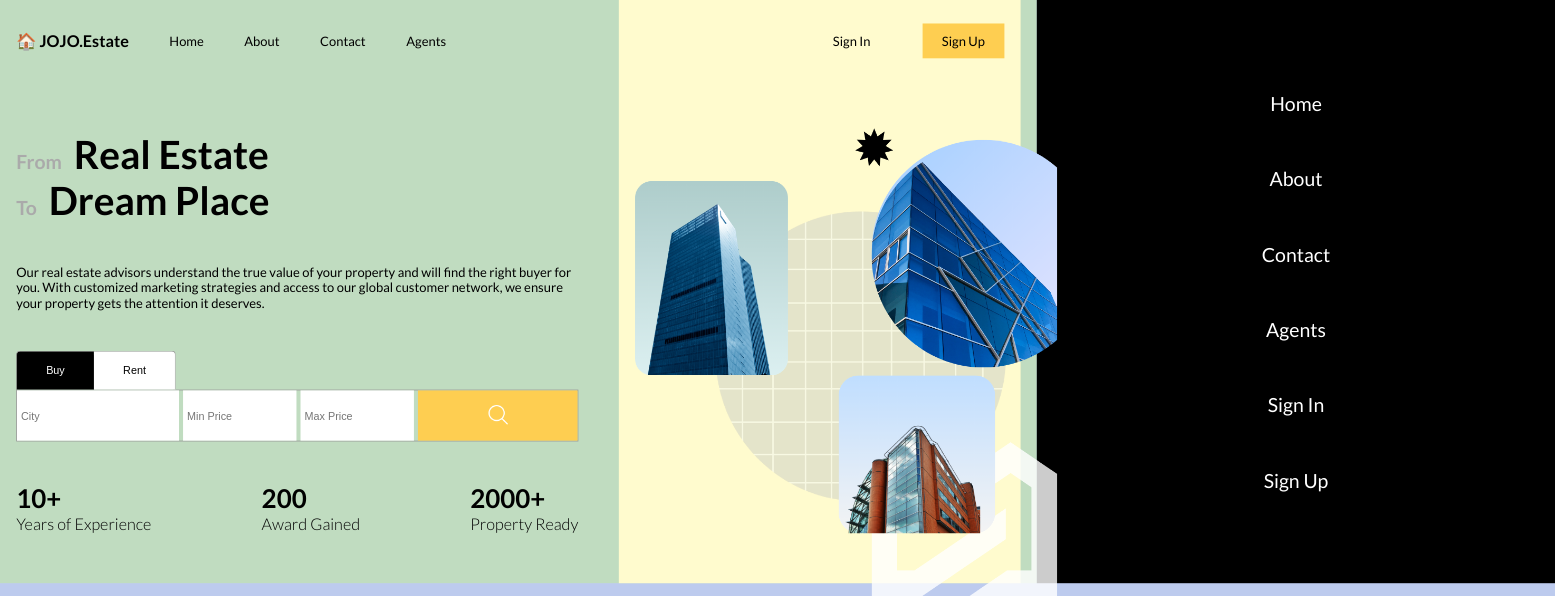
Repository: AiTrinh303/JOJO-estate
Page: /
An editor plug-in stored every save of this project. The page is shown before and after the next save, followed by the edit.
The browser window is 1280 px wide. The page is 1920 px wide, so the pictures cover 1920 px, including what lies to the right of the window. The pictures show the whole page, at 81% of full size.
The page's requests for data from a server got no answer. The project was rebuilt for these pictures with package versions that can differ from the ones it lists, and the page was loaded fresh each time. No one was signed in, and anything a server would have sent is missing. Also part of the build but not shown: vite.config.js, src/routes/listPage/listPage.scss, src/components/filter/filter.scss, src/components/filter/Filter.jsx, src/components/card/card.scss, src/components/card/Card.jsx, src/components/map/map.scss, src/components/pin/pin.scss and 21 more. Imported but missing from the stored project, and not drawn on this page: src/components/uploadWidget/UploadWidget.

Above is the page before, as saved 2024-08-06 21:43:48.

### index.html
<!DOCTYPE html>
<html lang="en">
  <head>
    <meta charset="UTF-8" />
    <link rel="icon" type="image/svg+xml" href="/logo.png" />
    <meta name="viewport" content="width=device-width, initial-scale=1.0" />
    <title>🏠JOJO Estate App</title>
    <meta name="description" content="Buy, Sell and Rent Properties" />
    <link
      href="https://fonts.googleapis.com/css2?family=Lato:ital,wght@0,100;0,300;0,400;0,700;0,900;1,100;1,300;1,400;1,700;1,900&display=swap"
      rel="stylesheet"
    />
  </head>
  <body>
    <div id="root"></div>
    <script type="module" src="/src/main.jsx"></script>
  </body>
</html>

### src/App.jsx
import HomePage from "./routes/homePage/homePage";
import { createBrowserRouter, RouterProvider } from "react-router-dom";
import ListPage from "./routes/listPage/listPage";
import { Layout, RequireAuth } from "./routes/layout/layout";
import SinglePage from "./routes/singlePage/singlePage";
import ProfilePage from "./routes/profilePage/profilePage";
import Login from "./routes/login/login";
import Register from "./routes/register/register";
import ProfileUpdatePage from "./routes/profileUpdatePage/profileUpdatePage";
import NewPostPage from "./routes/newPostPage/newPostPage";
import { listPageLoader, profilePageLoader, singlePageLoader } from "./lib/loaders";

function App() {
  const router = createBrowserRouter([
    {
      path: "/",
      element: <Layout />,
      children: [
        {
          path: "/",
          element: <HomePage />,
        },
        {
          path: "/list",
          element: <ListPage />,
          loader: listPageLoader,
        },
        {
          path: "/:id",
          element: <SinglePage />,
          loader: singlePageLoader,
        },
        {
          path: "/login",
          element: <Login />,
        },
        {
          path: "/register",
          element: <Register />,
        },
      ],
    },
    {
      path: "/",
      element: <RequireAuth />,
      children: [
        {
          path: "/profile",
          element: <ProfilePage />,
          loader: profilePageLoader
        },
        {
          path: "/profile/update",
          element: <ProfileUpdatePage />,
        },
        {
          path: "/add",
          element: <NewPostPage />,
        },
      ],
    },
  ]);

  return <RouterProvider router={router} />;
}

export default App;

### src/index.scss
*{
  padding: 0;
  margin: 0;
  box-sizing: border-box;
}

a {
  text-decoration: none;
  color: inherit;
}

body{
  font-family: "Lato", sans-serif;
  overflow: hidden;
  background-color: #bdcbee;

}

### src/routes/homePage/homePage.jsx
import { useContext } from "react";
import SearchBar from "../../components/searchBar/SearchBar";
import "./homePage.scss";
import { AuthContext } from "../../context/AuthContext";

function HomePage() {

  const {currentUser} = useContext(AuthContext)

  return (
    <div className="homePage">
      <div className="textContainer">
        <div className="wrapper">
          <h1 className="title">
            <span className="small-text">From </span>
            <span className="animated-text">Real Estate</span>
            <br />
            <span className="small-text">To </span>
            <span className="animated-text">Dream Place</span>
          </h1>
          <p>
          Our real estate advisors understand the true value of your property and will find the right buyer for you. With customized marketing strategies and access to our global customer network, we ensure your property gets the attention it deserves.
          </p>
          <SearchBar />
          <div className="boxes">
            <div className="box">
              <h1>10+</h1>
              <h2>Years of Experience</h2>
            </div>
            <div className="box">
              <h1>200</h1>
              <h2>Award Gained</h2>
            </div>
            <div className="box">
              <h1>2000+</h1>
              <h2>Property Ready</h2>
            </div>
          </div>
        </div>
      </div>
      <div className="imgContainer">
        <img src="/bg.png" alt="" />
      </div>

    </div>
  );
}

export default HomePage;

### src/routes/layout/layout.jsx
import "./layout.scss";
import Navbar from "../../components/navbar/Navbar";
import { Navigate, Outlet } from "react-router-dom";
import { useContext } from "react";
import { AuthContext } from "../../context/AuthContext";

function Layout() {
  return (
    <div className="layout">
      <div className="navbar">
        <Navbar />
      </div>
      <div className="content">
        <Outlet />
      </div>
    </div>
  );
}

function RequireAuth() {
  const { currentUser } = useContext(AuthContext);

  if (!currentUser) return <Navigate to="/login" />;
  else {
    return (
      <div className="layout">
        <div className="navbar">
          <Navbar />
        </div>
        <div className="content">
          <Outlet />
        </div>
      </div>
    );
  }
}

export { Layout, RequireAuth };

### src/components/searchBar/SearchBar.jsx
import { useState } from "react";
import "./searchBar.scss";
import { Link } from "react-router-dom";

const types = ["buy", "rent"];

function SearchBar() {
  const [query, setQuery] = useState({
    type: "buy",
    city: "",
    minPrice: 0,
    maxPrice: 0,
  });

  const switchType = (val) => {
    setQuery((prev) => ({ ...prev, type: val }));
  };

  const handleChange = (e) => {
    setQuery((prev) => ({ ...prev, [e.target.name]: e.target.value }));
  };

  return (
    <div className="searchBar">
      <div className="type">
        {types.map((type) => (
          <button
            key={type}
            onClick={() => switchType(type)}
            className={query.type === type ? "active" : ""}
          >
            {type}
          </button>
        ))}
      </div>
      <form>
        <input
          type="text"
          name="city"
          placeholder="City"
          onChange={handleChange}
        />
        <input
          type="number"
          name="minPrice"
          min={0}
          max={10000000}
          placeholder="Min Price"
          onChange={handleChange}
        />
        <input
          type="number"
          name="maxPrice"
          min={0}
          max={10000000}
          placeholder="Max Price"
          onChange={handleChange}
        />
        <Link
          to={`/list?type=${query.type}&city=${query.city}&minPrice=${query.minPrice}&maxPrice=${query.maxPrice}`}
        >
          <button>
            <img src="/search.png" alt="" />
          </button>
        </Link>
      </form>
    </div>
  );
}

export default SearchBar;

### src/routes/homePage/homePage.scss
@import "../../responsive.scss";

.homePage {
  display: flex;
  height: 100%;

  .textContainer {
    flex: 3;

    .wrapper {
      padding-right: 100px;
      display: flex;
      flex-direction: column;
      justify-content: center;
      gap: 50px;
      height: 100%;

      @include lg{
        padding-right: 50px;
      }

      @include md{
        padding: 0;
      }

      @include sm{
        justify-content: flex-start;
      }

      .title {
        font-size: 64px;
        .small-text {
          font-size: 0.5em;
          color: #aaa;
          margin-right: 10px;
        }
        .animated-text {
          display: inline-block;
          position: relative;
          animation: slide-in 2s ease-in-out;
        }
        @include lg {
          font-size: 48px;
        }
      }

      .boxes {
        display: flex;
        justify-content: space-between;

        @include sm {
          display: none;
        }

        h1 {
          font-size: 36px;


          @include lg {
            font-size: 32px;
          }
        }

        h2 {
          font-size: 20px;
          font-weight: 300;
        }
      }
    }
  }

  .imgContainer {
    flex: 2;
    background-color: #fffbce;
    position: relative;
    display: flex;
    align-items: center;


    @include md {
      display: none;
    }

    img {
      width: 115%;
      position: absolute;
      right: -45px;


      @include lg {
        width: 105%;
      }
    }
  }


}
@keyframes slide-in {
  0% {
    opacity: 0;
    transform: translateX(-100%);
  }
  100% {
    opacity: 1;
    transform: translateX(0);
  }
}

### src/routes/layout/layout.scss
@import "../../responsive.scss";

.layout {
  height: 100vh;
  max-width: 1366px;
  margin-left: auto;
  margin-right: auto;
  padding-left: 20px;
  padding-right: 20px;
  background: rgb(192, 220, 192);

  @include lg {
    max-width: 1280px;
  }

  @include md {
    max-width: 768px;
  }

  @include sm {
    max-width: 640px;
  }

  .content {
    // flex: 1;
    height: calc(100vh - 100px);
  }
}

### src/components/navbar/Navbar.jsx
import { useContext, useState } from "react";
import "./navbar.scss";
import { Link } from "react-router-dom";
import { AuthContext } from "../../context/AuthContext";
import { useNotificationStore } from "../../lib/notificationStore";

function Navbar() {
  const [open, setOpen] = useState(false);

  const { currentUser } = useContext(AuthContext);

  const fetch = useNotificationStore((state) => state.fetch);
  const number = useNotificationStore((state) => state.number);

  if(currentUser) fetch();

  return (
    <nav>
      <div className="left">
        <a href="/" className="logo">
          <span>🏠 JOJO.Estate</span>
        </a>
        <a href="/">Home</a>
        <a href="/">About</a>
        <a href="/">Contact</a>
        <a href="/">Agents</a>
      </div>

      <div className="right">
        <a href="/">Sign In</a>
        <a href="/" className="register">Sign Up</a>
        <div className="menuIcon">
          <img
            src="/menu.png"
            alt="menu"
            onClick={() => setOpen((prev) => !prev)}/>
        </div>
        <div className={open ? "menu active" : "menu"}>
          <a href="/">Home</a>
          <a href="/">About</a>
          <a href="/">Contact</a>
          <a href="/">Agents</a>
          <a href="/">Sign In</a>
          <a href="/">Sign Up</a>
        </div>
        {/* {currentUser ? (
          <div className="user">
            <img src={currentUser.avatar || "/noavatar.jpg"} alt="" />
            <span>{currentUser.username}</span>
            <Link to="/profile" className="profile">
              {number > 0 && <div className="notification">{number}</div>}
              <span>Profile</span>
            </Link>
          </div>
        ) : (
          <>
            <a href="/login">Sign in</a>
            <a href="/register" className="register">
              Sign up
            </a>
          </>
        )}
        <div className="menuIcon">
          <img
            src="/menu.png"
            alt=""
            onClick={() => setOpen((prev) => !prev)}
          />
        </div>
        <div className={open ? "menu active" : "menu"}>
          <a href="/">Home</a>
          <a href="/">About</a>
          <a href="/">Contact</a>
          <a href="/">Agents</a>
          <a href="/">Sign in</a>
          <a href="/">Sign up</a>
        </div> */}
      </div>
    </nav>
  );
}

export default Navbar;

### src/components/searchBar/searchBar.scss
@import "../../responsive.scss";

.searchBar {
  .type {


    button {
      padding: 16px 36px;
      border: 1px solid #999;
      border-bottom: none;
      cursor: pointer;
      background-color: white;
      text-transform: capitalize;

      &.active {
        background-color: black;
        color: white;
      };

      &:first-child {
        border-top-left-radius: 5px;
        border-right: none;
      };
      &:last-child {
        border-top-right-radius: 5px;
        border-left: none;
      };
    }
  }

  form {
    border: 1px solid #999;
    display: flex;
    justify-content: space-between;
    height: 64px;
    gap: 5px;

    @include sm {
      flex-direction: column;
      border: none;
    };

    input {
      border: none;
      padding: 0px 10px;
      width: 200px;

      @include lg {
        padding: 0px 5px;

        &:nth-child(2),
        &:nth-child(3) {
          width: 140px;
        }
      };
      @include md {
        width: 200px;
        &:nth-child(2),
        &:nth-child(3) {
          width: 200px;
        }
      };

      @include sm{
        width: auto;
        &:nth-child(2),
        &:nth-child(3) {
          width: auto;
        }
        padding: 20px;
        border: 1px solid #999;
      }
    };

    a{
      flex: 1;
      background-color: #fece51;
      display: flex;
      align-items: center;
      justify-content: center;

      button {
        border: none;
        cursor: pointer;
        background-color: #fece51;

        @include sm{
          padding: 10px;
        }

        img {
          width: 24px;
          height: 24px;
        }
      }
    }
  }
}

### src/responsive.scss
@mixin sm {
  @media (max-width: 738px) {
    @content;
  }
};

@mixin md {
  @media (max-width: 1024px) {
    @content;
  }
};

@mixin lg {
  @media (max-width: 1366px) {
    @content;
  }
};

### src/components/navbar/navbar.scss
@import "../../responsive.scss";

nav {
  height: 100px;
  display: flex;
  justify-content: space-between;
  align-items: center;

  a {
    transition: all 0.4s ease;

    @include sm {
      display: none;
    }

    &:hover {
      scale: 1.08;
    }
  }

  .left {
    flex: 3;
    display: flex;
    align-items: center;
    gap: 50px;

    .logo {
      font-weight: bold;
      font-size: 20px;
      display: flex;
      align-items: center;
      gap: 3px;

      span {
        @include md {
          display: none;
        }

        @include sm {
          display: initial;
        }
      }
    }
  }
  .right {
    flex: 2;
    display: flex;
    align-items: center;
    justify-content: flex-end;
    background-color: #fffbce;
    ;
    height: 100%;

    @include md {
      background-color: transparent;
    }

    a {
      padding: 12px 24px;
      margin: 20px;
    }

    .user{
      display: flex;
      align-items: center;
      font-weight: bold;

      img{
        width: 40px;
        height: 40px;
        border-radius: 50%;
        object-fit: cover;
        margin-right: 20px;
      }

      span{
        @include sm{
          display: none;
        }
      }

      .profile{
        padding: 12px 24px;
        background-color: #fece51;
        cursor: pointer;
        border: none;
        position: relative;

        .notification{
          position: absolute;
          top: -8px;
          right: -8px;
          background-color: red;
          color: white;
          border-radius: 50%;
          width: 26px;
          height: 26px;
          display: flex;
          align-items: center;
          justify-content: center;
        }

      }
    }

    .register {
      background-color: #fece51;
    }

    .menuIcon {
      display: none;
      z-index: 999;

      img {
        width: 36px;
        height: 36px;
        cursor: pointer;
      }

      @include sm {
        display: inline;
      }
    }

    .menu {
      position: absolute;
      top: 0;
      right: -50%;
      background-color: black;
      color: white;
      height: 100vh;
      width: 50%;
      transition: all 1s ease;
      display: flex;
      flex-direction: column;
      align-items: center;
      justify-content: center;
      font-size: 24px;

      &.active {
        right: 0;
      }

      @include sm {
        a {
          display: initial;
        }
      }
    }
  }
}

Loaded but not shown: src/main.jsx (common file); src/context/AuthContext.jsx (common file); src/context/SocketContext.jsx (common file); src/lib/loaders.js (common file); src/lib/apiRequest.js (common file); src/lib/notificationStore.js (common file)

After the next save:
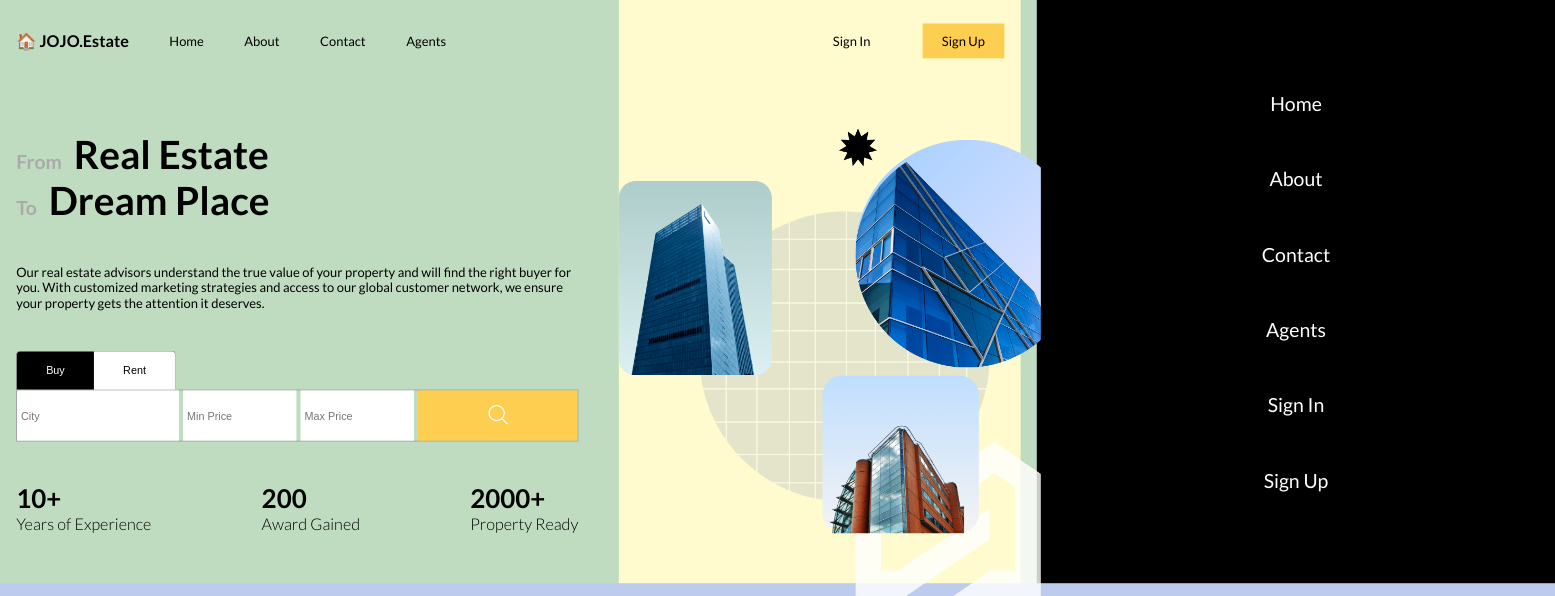
Saved 2 min 29 s later.
--- a/src/routes/homePage/homePage.scss
+++ b/src/routes/homePage/homePage.scss
@@ -84,7 +84,6 @@
     img {
       width: 115%;
       position: absolute;
-      right: -45px;
 
 
       @include lg {
